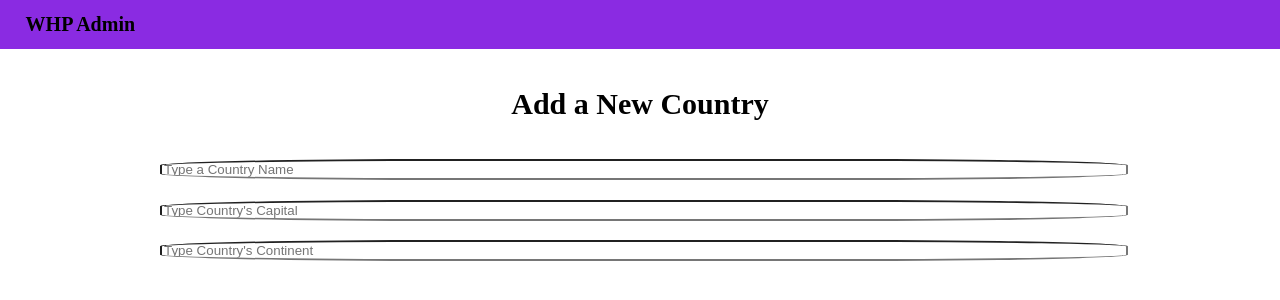
Repository: sabinaPetrisor/World_Hour_Project
Page: http://localhost/WorldHourProject/jsp/add-country.jsp
An editor plug-in stored every save of this project. The page is shown before and after the next save, followed by the edit.
The browser window is 1280 px wide. The pictures show the whole page.
The page is served by Tomcat 9. Other server files are loaded and not shown.

Above is the page before, as saved 2023-08-04 12:27:47.

### WorldHourProject/src/main/webapp/jsp/add-country.jsp
<%@ page language="java" contentType="text/html; charset=UTF-8"
    pageEncoding="UTF-8"%>
<!DOCTYPE html>
<html>
<head>
	<meta name="viewport" content="width=device-width, initial-scale=1" charset="UTF-8">
	<title>World Hour Project Add Country</title>
	<style> <%@include file="../css/navbar.css" %> </style>
	<style> <%@include file="../css/admin.css" %> </style>
	<style> <%@include file="../css/add-page-admin.css" %> </style>
</head>
<body>
	<%@include file="navbar.jsp" %>

	<div class="content-container">
		<p class="content-container-title">Add a New Country</p>
		<div class="add-form-container">
			<form class="add-form">
				<input type="text" placeholder="Type a Country Name" class="insert-text" name="country-name">
				<input type="text" placeholder="Type Country's Capital" class="insert-text" name="country-capital">
				<input type="text" placeholder="Type Country's Continent" class="insert-text" name="country-continent">
			</form>
		</div>
	</div>
</body>
</html>

### WorldHourProject/src/main/webapp/css/navbar.css
.header-container {
	position: relative;
	width: 100%;
	background-color: blueviolet;
	display: flex;
}

.header-title {
	padding-top: 1%;
	padding-bottom: 1%;
	margin-left: 2%;
	margin-right: 2%;
}

.home-page-title {
	font-size: 20px;
	font-weight: bold;
	width: auto;
}

.home-page-title:hover {
	color: cadetblue;
	cursor: pointer;
}

### WorldHourProject/src/main/webapp/css/admin.css
@charset "UTF-8";
* {
	margin: 0;
	width: 100%;
}

.content-container {
	margin-top: 3%;
}

.content-container-title {
	text-align: center;
	font-size: 30px;
	font-weight: bold;
	margin-bottom: 3%;
}

.btn-container {
	display: flex;
	justify-content: center;
}

.add-button {
	padding: 1%;
	margin-bottom: 3%;
	background-color: blueviolet;
	border: none;
	text-align: center;
	font-weight: bold;
	width:auto;
	cursor: pointer;
}

.tbl {
	margin: 0 auto;
	border-collapse: collapse;
	table-layout: auto;
	width: auto;

}

.tbl-col-names {
	border: 2px solid blueviolet;
	background-color: blueviolet;
}

.tbl td, .tbl-col-names th {
  border: 1px solid #dddddd;
  text-align: center;
  width: auto;
}

.tbl tr:nth-child(even) {
  background-color: #dddddd;
}

### WorldHourProject/src/main/webapp/css/add-page-admin.css
@charset "UTF-8";
* {
	margin: 0;
	width: 100%;
}

.add-form-container {
	display: flex;
	justify-content: center;
}

.add-form {
	width: 75%;
}

.insert-text {
	margin-bottom: 2%;
	border-radius: 30%;
}

### WorldHourProject/src/main/webapp/jsp/navbar.jsp
<div class="header-container">
	<div class="header-title">
		<span class="home-page-title">WHP Admin</span>
	</div>
</div>

After the next save:
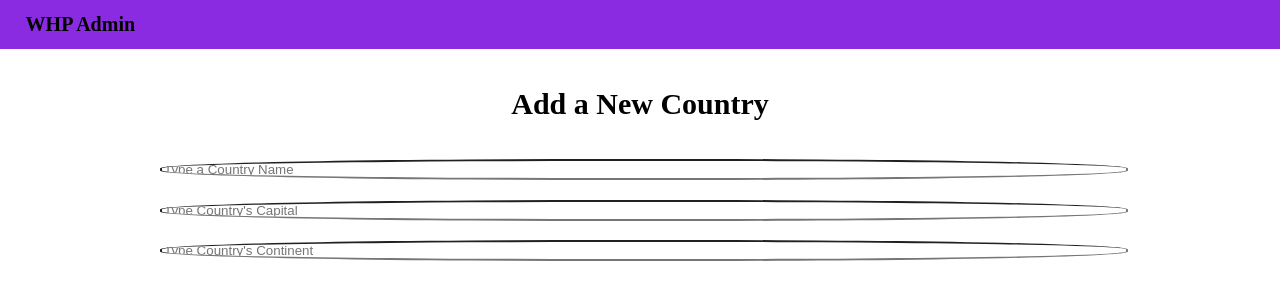
Saved 11 s later.
--- a/WorldHourProject/src/main/webapp/css/add-page-admin.css
+++ b/WorldHourProject/src/main/webapp/css/add-page-admin.css
@@ -15,5 +15,5 @@
 
 .insert-text {
 	margin-bottom: 2%;
-	border-radius: 30%;
+	border-radius: 45%;
 }
